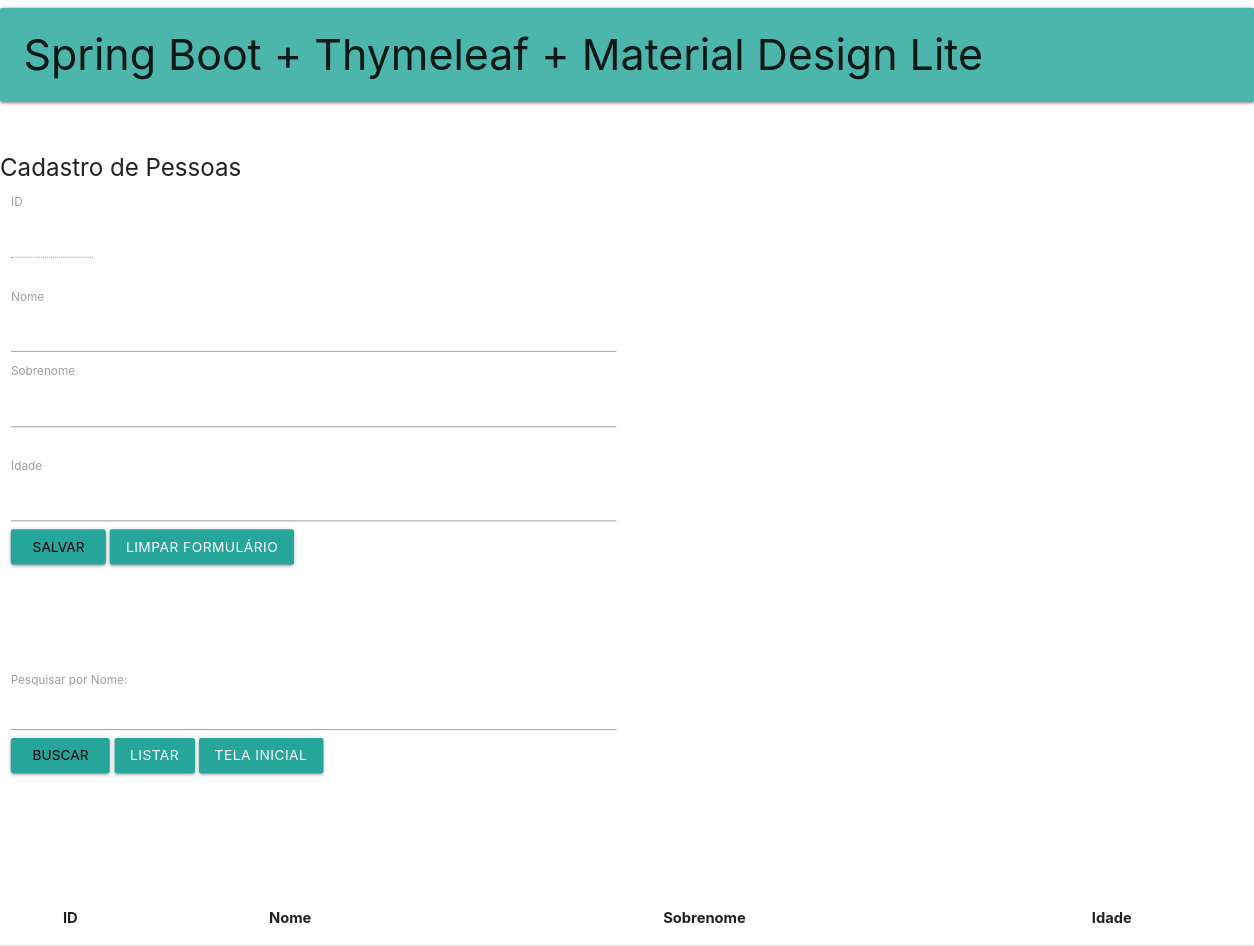
Repository: wendell-comp/Sistema-de-Gestao-de-Pessoas
Page: http://localhost/cadastro/cadastropessoa
An editor plug-in stored every save of this project. The page is shown before and after the next save, followed by the edit.
The browser window is 1280 px wide. The pictures show the whole page, at 98% of full size.
The page is this project's Thymeleaf template; nobody is signed in. The template is opened directly, without the code that normally fills it, so the values that code supplies are empty.

Above is the page before, as saved 2021-02-09 20:30:16.

### springboot/src/main/resources/templates/cadastro/cadastropessoa.html
<!DOCTYPE html>
<html xmlns="http://www.w3.org/1999/xhtml"
	xmlns:th="http://www.thymeleaf.org">

<head>
<meta charset="UTF-8">
<title>Formulario Java</title>


<link href="https://fonts.googleapis.com/icon?family=Material+Icons"
	rel="stylesheet">
<link type="text/css" rel="stylesheet"
	href="/materialize/css/materialize.css" media="screen,projection" />
<link type="text/css" rel="stylesheet" href="materialize.min.css"
	media="screen,projection" />

</head>
<body>
	<h3 class="card-panel teal lighten-2">Spring Boot + Thymeleaf + Material Design Lite</h3>
	<br />
	<h5>Cadastro de Pessoas</h5>

	<div class="row">
		<form action="salvarpessoa" id="formpessoa" method="post" th:object="${pessoaobj}" class="col s12">

			<div class="row">
				<div class="input-fiel col s1">
					<label for="id" class="active">ID</label>
					<input name="id" th:field="*{id}" readonly="readonly">
				</div>
			</div>

			<div class="row">
				<div class="input-fiel col s6">
					<label for="nome" class="active">Nome</label>
					<input name="nome" th:field="*{nome}">

					<label for="sobrenome" class="active">Sobrenome</label>
					<input name="sobrenome" th:field="*{sobrenome}">
				</div>
			</div>

			<div class="row">
				<div class="input-fiel col s6">
					<label for="idade" class="active">Idade</label>
					<input name="idade" th:field="*{idade}" id="idade">
					<input class="waves-effect waves-light btn" type="submit" value="Salvar">
					<button class="waves-effect waves-ligth btn" onclick="document.getElementById ('formpessoa').reset();">Limpar Formulário</button>
				</div>
			</div>


		</form>
	</div>

	<br />
	<br />
	<br />

	<div class="row">

		<form action="pesquisarpessoa" method="post" class="col s12">
			<div class="row">
				<div class="input-field col s6">
					<label for="nomepesquisa" class="active">Pesquisar por Nome: </label>
					<input name="nomepesquisa" id="nomepesquisa" class="validate">
					<input class="waves-effect waves-light btn" type="submit" value="Buscar">
					<a href="/listaspessoas" class="waves-effect waves-light btn">Listar</a>
					<a href="/" class="waves-effect waves-light btn">Tela Inicial</a>
				</div>
			</div>
		</form>

	</div>

	<br />
	<br />
	<br />
	<table class="centered">
		<thead>
			<tr>
				<th>ID</th>
				<th>Nome</th>
				<th>Sobrenome</th>
				<th>Idade</th>
			</tr>
		</thead>
		<tr th:each="pessoa : ${pessoas}">
			<td th:text="${pessoa.id}"></td>
			<td th:text="${pessoa.nome}"></td>
			<td th:text="${pessoa.sobrenome}"></td>
			<td th:text="${pessoa.idade}"></td>
			<td><a
				th:href="@{/editarpessoa/{idpessoa}(idpessoa=${pessoa.id})}">Editar</a></td>
			<td><a
				th:href="@{/removerpessoa/{idpessoa}(idpessoa=${pessoa.id})}">Excluir</a></td>
		</tr>

	</table>



	<script type="text/javascript" src="materialize/js/materialize.js"></script>
	<script type="text/javascript" src="materialize/js/materialize.min.js"></script>
</body>
</html>

Loaded but not shown: springboot/src/main/resources/static/materialize/css/materialize.css (library); springboot/src/main/resources/static/materialize/js/materialize.js (library); springboot/src/main/resources/static/materialize/js/materialize.min.js (library); springboot/src/main/resources/static/materialize/css/materialize.min.css (library)

After the next save:
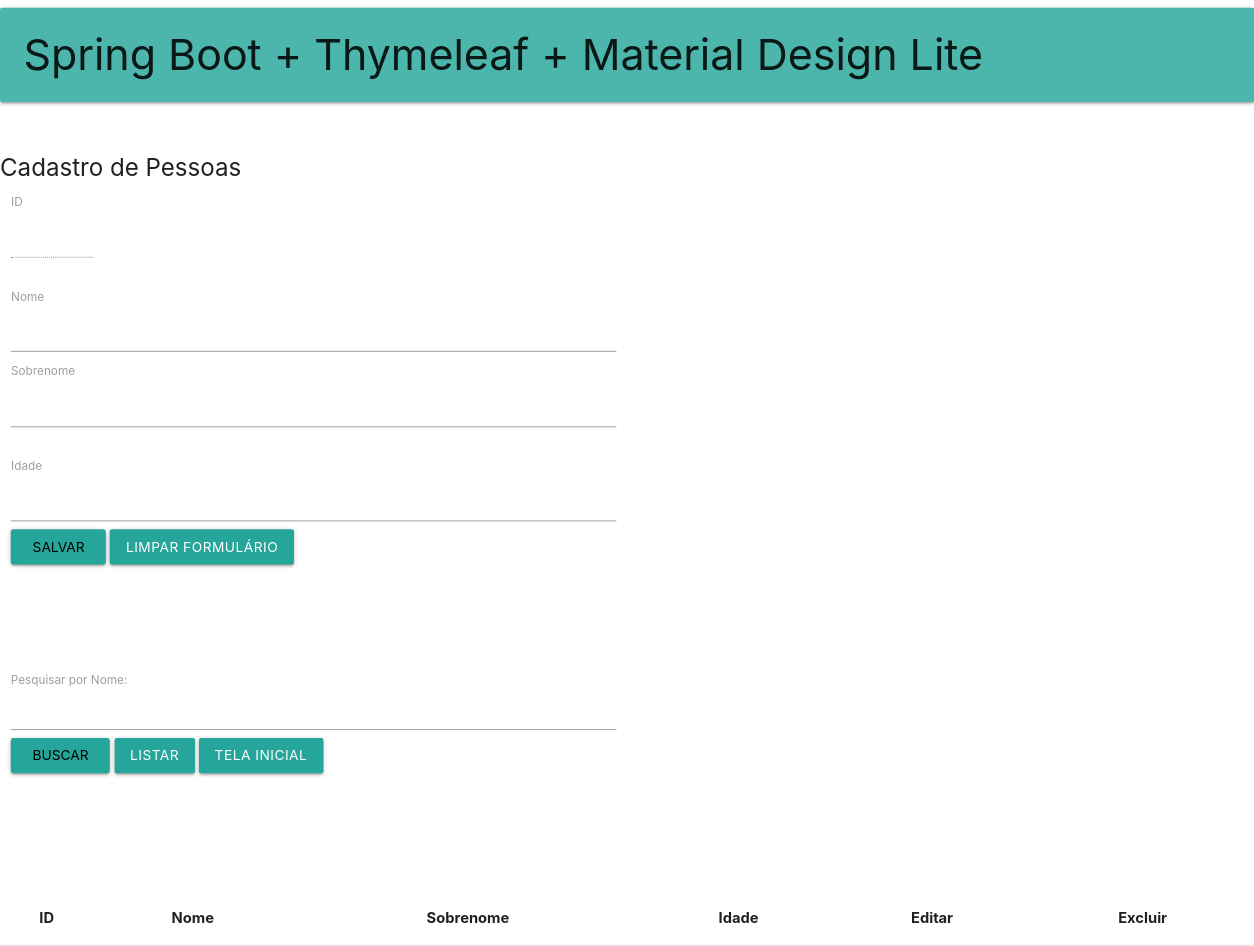
Saved 4 min 41 s later.
--- a/springboot/src/main/resources/templates/cadastro/cadastropessoa.html
+++ b/springboot/src/main/resources/templates/cadastro/cadastropessoa.html
@@ -76,6 +76,7 @@
 	<br />
 	<br />
 	<br />
+
 	<table class="centered">
 		<thead>
 			<tr>
@@ -83,8 +84,11 @@
 				<th>Nome</th>
 				<th>Sobrenome</th>
 				<th>Idade</th>
+				<th>Editar</th>
+				<th>Excluir</th>
 			</tr>
 		</thead>
+
 		<tr th:each="pessoa : ${pessoas}">
 			<td th:text="${pessoa.id}"></td>
 			<td th:text="${pessoa.nome}"></td>
